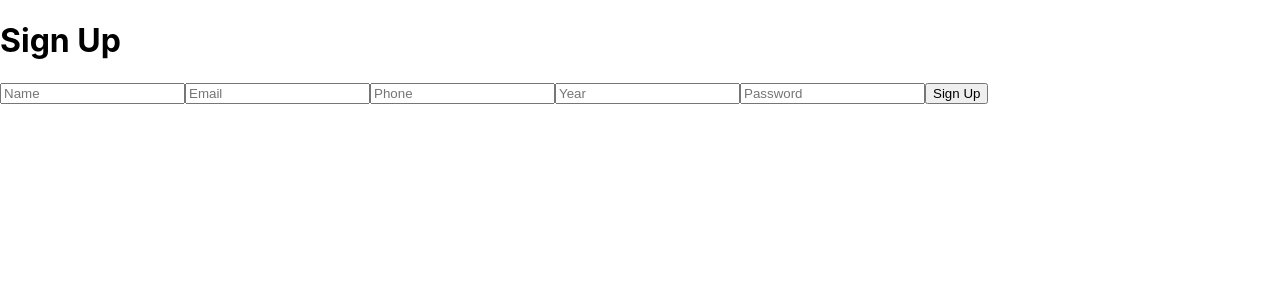
Repository: makanda596/system
Page: /signup (app in client/)
The author's editor kept a copy of each file at every save. The page is drawn from the files as they stood at one save, then again after the next save.
The browser window is 1280 px wide. The pictures show the whole page.
The project was rebuilt for these pictures with package versions that can differ from the ones it lists, and the page was loaded fresh each time. Also part of the build but not shown: client/src/Home.jsx, client/src/LoginForm.jsx. Imported but missing from the stored project, and not drawn on this page: client/src/reportWebVitals.

Above is the page before, as saved 2024-12-02 18:39:22.

After the next save:
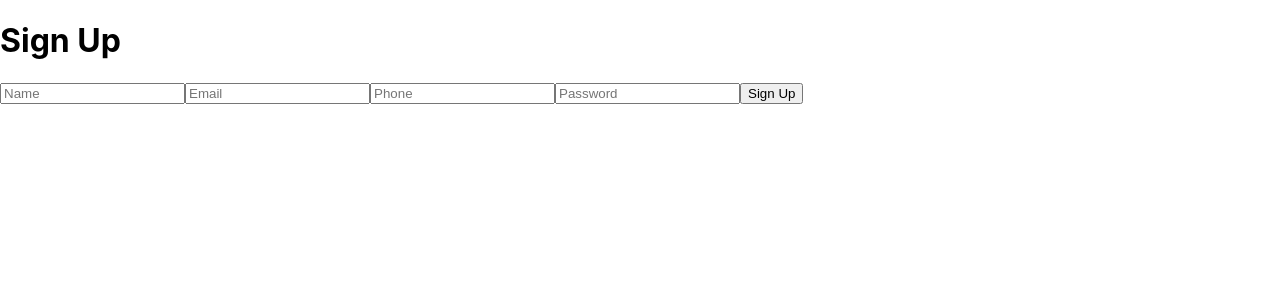
Saved 16 s later.
--- a/client/src/SignUpForm.jsx
+++ b/client/src/SignUpForm.jsx
@@ -59,14 +59,6 @@ function SignUpForm() {
                     required
                 />
                 <input
-                    type="text"
-                    name="year"
-                    value={formData.year}
-                    onChange={handleChange}
-                    placeholder="Year"
-                    required
-                />
-                <input
                     type="password"
                     name="password"
                     value={formData.password}
